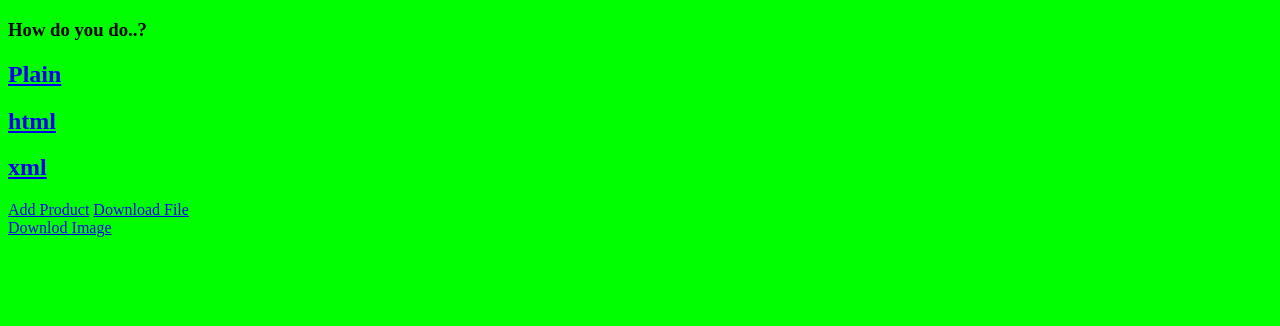
Repository: varshabataniya/Restful_WebService
Page: TrivagoHotel/WebContent/index.html
The author's editor kept a copy of each file at every save. The page is drawn from the files as they stood at one save, then again after the next save.
The browser window is 1280 px wide. The pictures show the whole page.

Above is the page before, as saved 2019-07-25 07:25:03.

### TrivagoHotel/WebContent/index.html
<!DOCTYPE html>
<html>
<head>
<meta charset="ISO-8859-1">
<title>Trivago Home</title>
<style type="text/css">
body{
	background-color: lime;
}
</style>
</head>
<body>
	<h3>How do you do..?</h3>
	<h2><a href="http://localhost:8080/HelloWebService/zenRest/zenhello">Plain</a></h2>
	<h2><a href="http://localhost:8080/HelloWebService/zenRest/zenhello/welcome">html</a></h2>
	<h2><a href="http://localhost:8080/HelloWebService/zenRest/zenhello/welcomeXml">xml</a></h2>
	<a href="addProduct.html">Add Product</a>
	<a href="http://localhost:8080/HelloWebService/zenRest/files/txt">Download File</a><br>
	<a href="http://localhost:8080/HelloWebService/zenRest/files/images">Downlod Image</a>
</body>
</html>

After the next save:
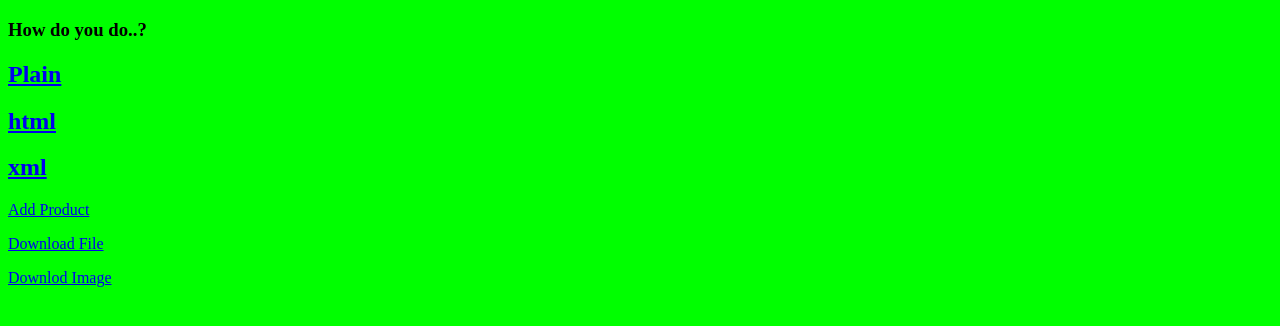
Saved 2 min 37 s later.
--- a/TrivagoHotel/WebContent/index.html
+++ b/TrivagoHotel/WebContent/index.html
@@ -14,8 +14,8 @@ body{
 	<h2><a href="http://localhost:8080/HelloWebService/zenRest/zenhello">Plain</a></h2>
 	<h2><a href="http://localhost:8080/HelloWebService/zenRest/zenhello/welcome">html</a></h2>
 	<h2><a href="http://localhost:8080/HelloWebService/zenRest/zenhello/welcomeXml">xml</a></h2>
-	<a href="addProduct.html">Add Product</a>
-	<a href="http://localhost:8080/HelloWebService/zenRest/files/txt">Download File</a><br>
-	<a href="http://localhost:8080/HelloWebService/zenRest/files/images">Downlod Image</a>
+	<p><a href="addProduct.html">Add Product</a></p>
+	<p></progress><a href="http://localhost:8080/HelloWebService/zenRest/files/txt">Download File</a></p>
+	<p><a href="http://localhost:8080/HelloWebService/zenRest/files/images">Downlod Image</a></p>
 </body>
 </html>
